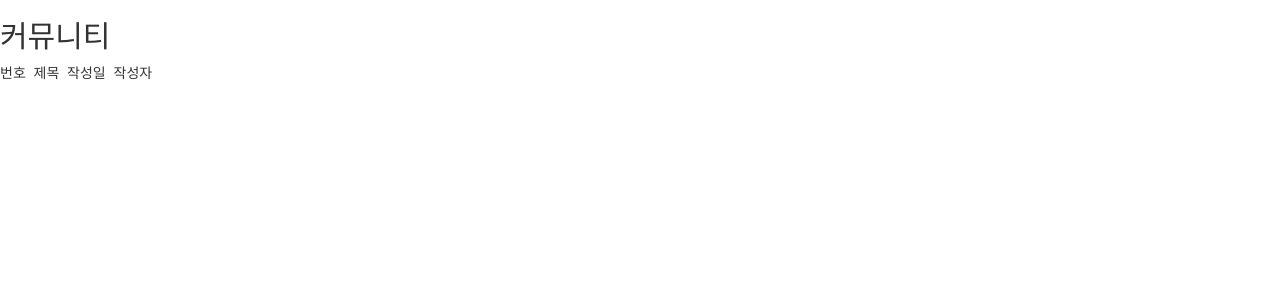
Repository: skdltm12/jsp1
Page: http://localhost/web01/board1.jsp
The author's editor kept a copy of each file at every save. The page is drawn from the files as they stood at one save, then again after the next save.
The browser window is 1280 px wide. The pictures show the whole page.
The page is served by Tomcat 9. Queries for data that is not in the repository find no rows.

Above is the page before, as saved 2022-04-29 02:40:46.

### web01/src/main/webapp/board1.jsp
<%@ page language="java" contentType="text/html; charset=UTF-8"
    pageEncoding="UTF-8"%>
<%@ page import="java.sql.*" %>
<!DOCTYPE html>
<html>
<head>
<script src="https://code.jquery.com/jquery-latest.js"></script>
<link rel="stylesheet" href="https://maxcdn.bootstrapcdn.com/bootstrap/3.3.2/css/bootstrap.min.css">
<!-- 테마 -->
<link rel="stylesheet" href="https://maxcdn.bootstrapcdn.com/bootstrap/3.3.2/css/bootstrap-theme.min.css">
<!-- 자바스크립트 -->
<script src="https://maxcdn.bootstrapcdn.com/bootstrap/3.3.2/js/bootstrap.min.js"></script>
<meta charset="UTF-8">
<title>게시글 목록</title>
</head>
<body>
	<h2>커뮤니티</h2>
	<table>
		<tbody>
		<tr>
			<td>번호&nbsp;&nbsp;</td>
			<td>제목&nbsp;&nbsp;</td>
			<td>작성일&nbsp;&nbsp;</td>
			<td>작성자&nbsp;&nbsp;</td>
		</tr>
	<%
	request.setCharacterEncoding("UTF-8");
	Connection conn = null;
	PreparedStatement pstmt = null;
	ResultSet rs = null;

	try{
		Class.forName("org.mariadb.jdbc.Driver");
		conn = DriverManager.getConnection("jdbc:mariadb://localhost:3308/company","root","1234!");
		String sql = "select * from board";
		pstmt = conn.prepareStatement(sql);
		rs = pstmt.executeQuery();
		while(rs.next()){
		%>
		<tr>
			<td><%=rs.getInt("bno") %>&nbsp;&nbsp; </td>
			<td><a href='boardDetail.jsp?bno=<%=rs.getInt("bno") %>'><%=rs.getString("btitle")%>&nbsp;&nbsp; </a></td>

			<td><%=rs.getString("regdate") %>&nbsp;&nbsp; </td>
			<td><%=rs.getString("author") %>&nbsp;&nbsp; </td>

		</tr>
<%
		}
%>
<%
	}catch(Exception e){
		e.printStackTrace();
	}finally{

	}try{
		rs.close();
		pstmt.close();
		conn.close();
	}catch(Exception e){
		e.printStackTrace();
	}
	%>
		</tbody>
	</table>




</body>
</html>

After the next save:
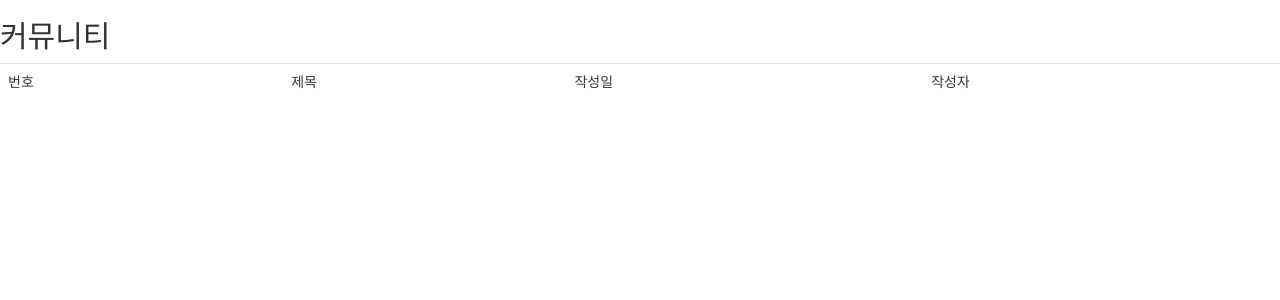
Saved 72 s later.
--- a/web01/src/main/webapp/board1.jsp
+++ b/web01/src/main/webapp/board1.jsp
@@ -15,7 +15,7 @@
 </head>
 <body>
 	<h2>커뮤니티</h2>
-	<table>
+	<table class="table" id="myTable">
 		<tbody>
 		<tr>
 			<td>번호&nbsp;&nbsp;</td>
